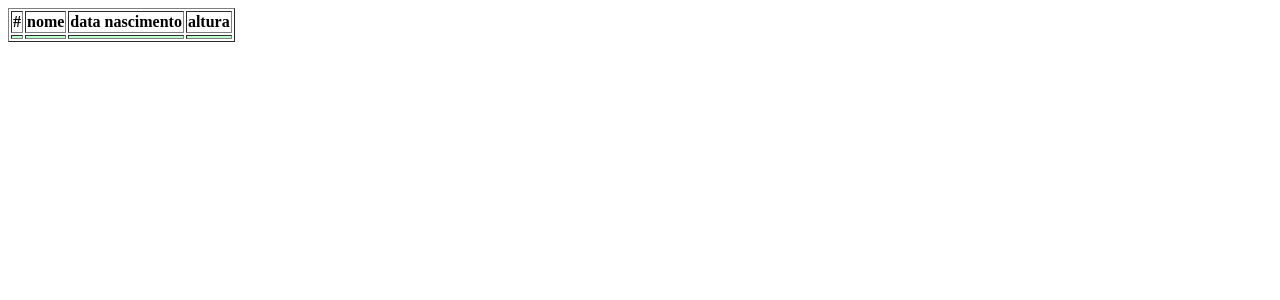
Repository: sophiaks/CRUD
Page: http://localhost/Projeto1/Lista
These files come from the project's save history. The page is drawn as it stood at one moment and after the next save; the edit follows.
The browser window is 1280 px wide. The pictures show the whole page.
The page is served by Tomcat 9. Queries for data that is not in the repository find no rows.

Above is the page before, as saved 2020-09-19 18:55:49.

After the next save:
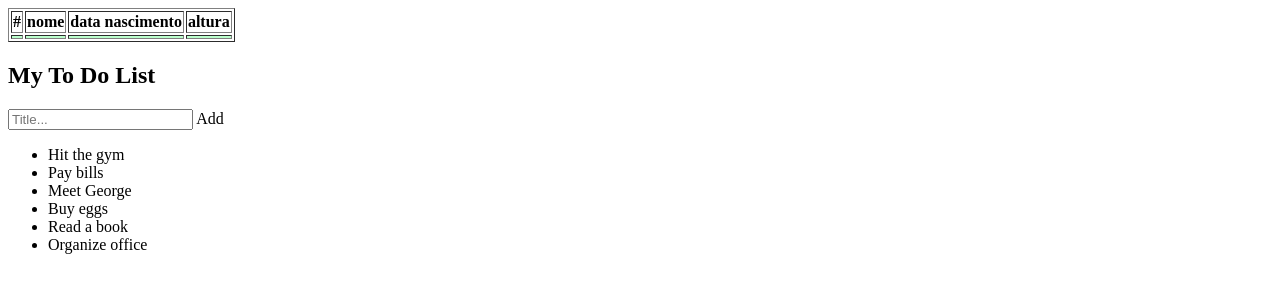
Saved 2 min 43 s later.
--- a/WorkspaceP1/Projeto1/WebContent/listaComTagLib.jsp
+++ b/WorkspaceP1/Projeto1/WebContent/listaComTagLib.jsp
@@ -31,5 +31,20 @@
 	</c:forEach>
 	</table>
 
+	 <div id="myDIV" class="header">
+  <h2>My To Do List</h2>
+  <input type="text" id="myInput" placeholder="Title...">
+  <span onclick="newElement()" class="addBtn">Add</span>
+</div>
+
+<ul id="myUL">
+  <li>Hit the gym</li>
+  <li class="checked">Pay bills</li>
+  <li>Meet George</li>
+  <li>Buy eggs</li>
+  <li>Read a book</li>
+  <li>Organize office</li>
+</ul>
+
 </body>
 </html>
